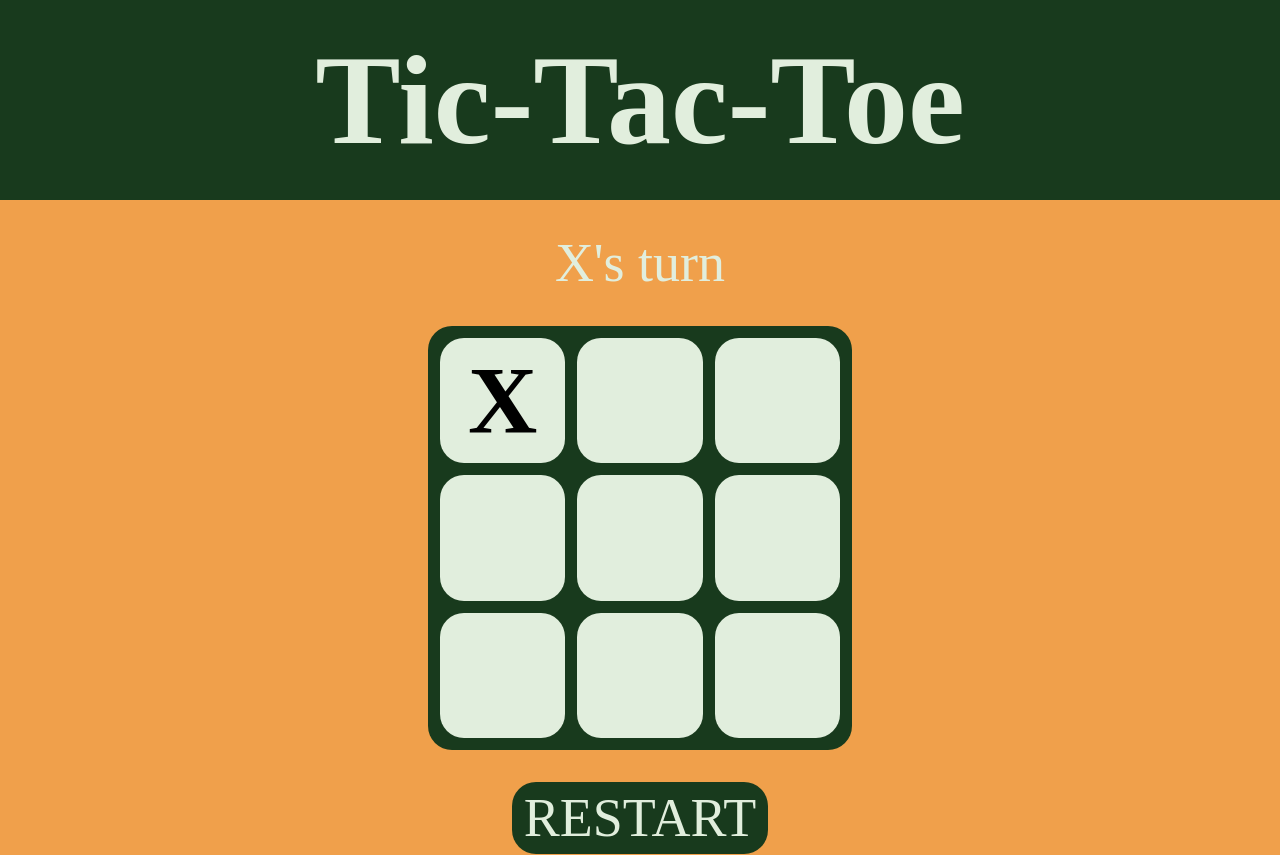
Repository: yeetzpxoci/tic-tac-toe
Page: index.html
An editor plug-in stored every save of this project. The page is shown before and after the next save, followed by the edit.
The browser window is 1280 px wide. The pictures show the whole page.
After loading, the first visible `div.square` was clicked once.
Some web fonts or font styles are not loaded; a fallback is used.

Above is the page before, as saved 2023-02-23 18:50:12.

After the next save:
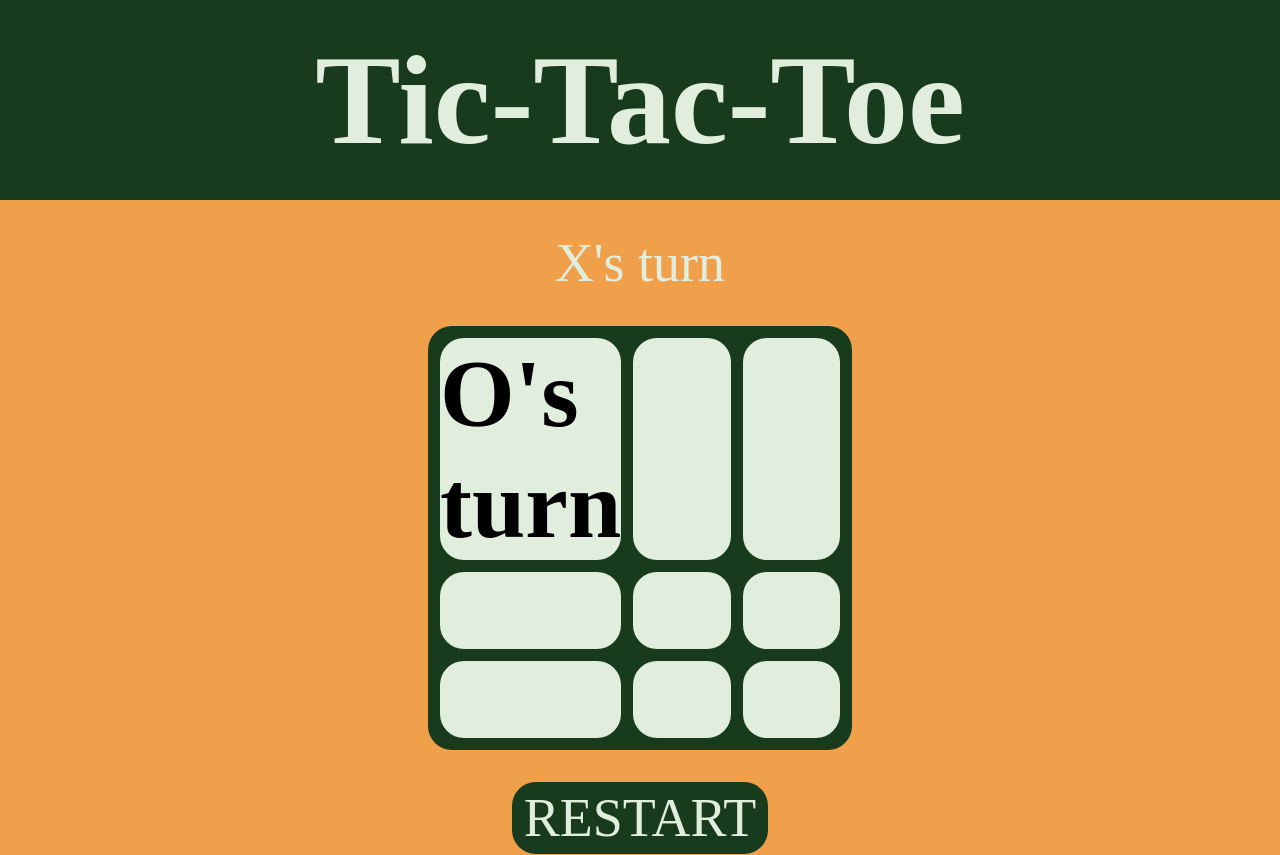
Saved 39 s later.
--- a/script.js
+++ b/script.js
@@ -65,6 +65,7 @@
                 displayController.disableSquares();
                 alert("winner!");
             }
+            e.currentTarget.innerHTML = turn + "'s turn"
         }
     }
 

After the save that followed:
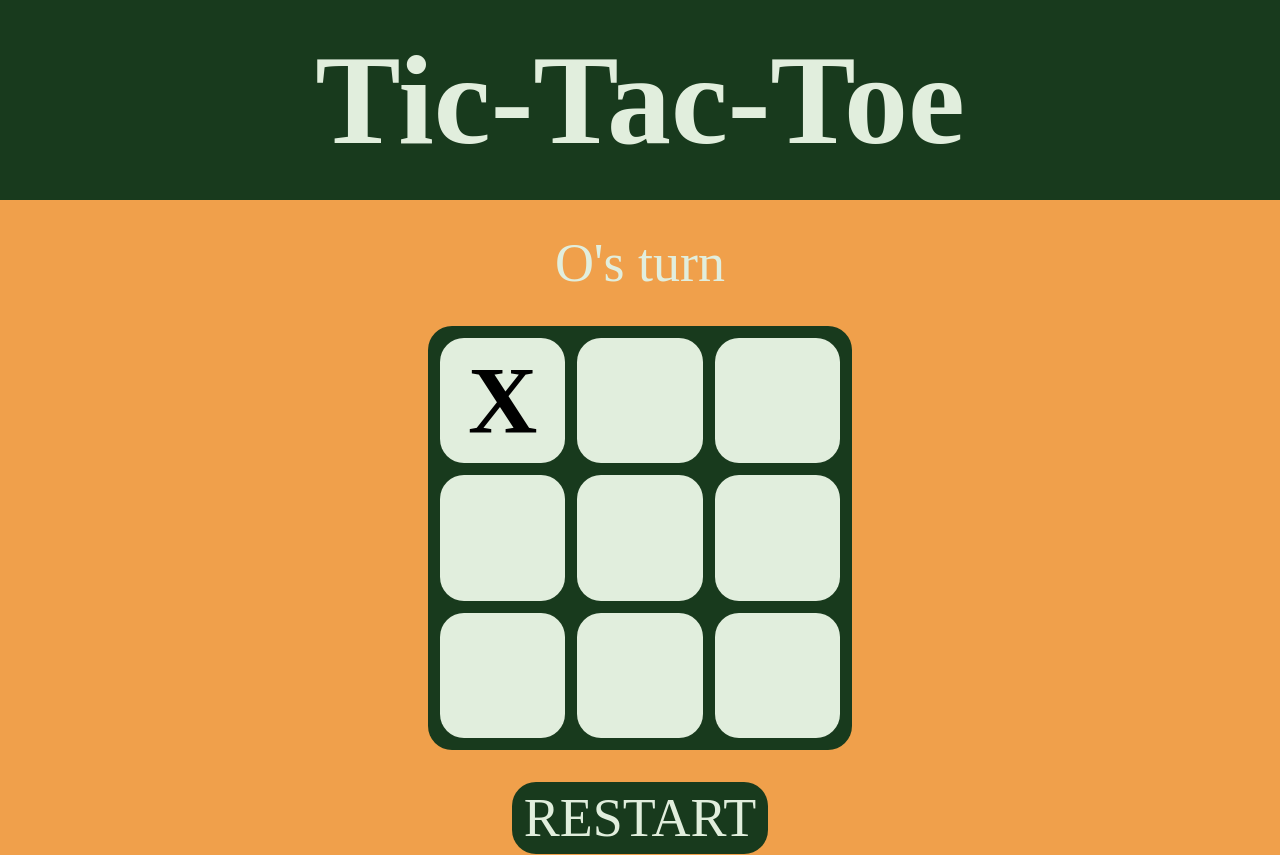
Saved 17 s later.
--- a/script.js
+++ b/script.js
@@ -65,7 +65,7 @@
                 displayController.disableSquares();
                 alert("winner!");
             }
-            e.currentTarget.innerHTML = turn + "'s turn"
+            document.getElementById("turn").innerHTML = turn + "'s turn"
         }
     }
 
